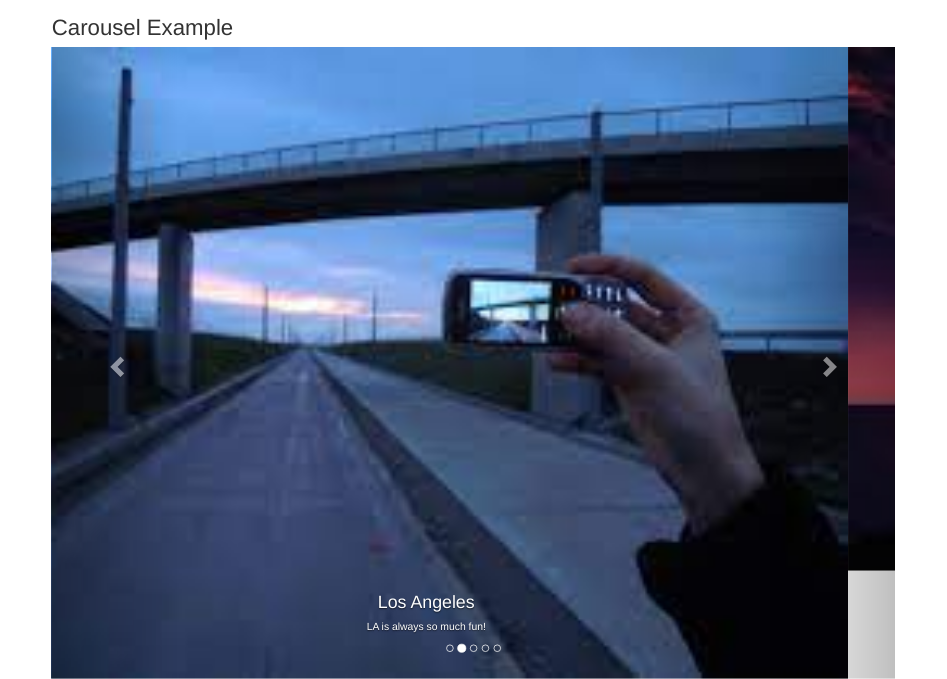
Repository: acciojob/bootstrap-carousel-vandanayadav15
Page: main.html
The author's editor kept a copy of each file at every save. The page is drawn from the files as they stood at one save, then again after a run of saves.
The browser window is 1280 px wide. The pictures show the whole page, at 74% of full size.

Above is the page before, as saved 2022-10-28 13:46:13.

### main.html
<!DOCTYPE html>
<html lang="en">

<head>
	<title>Bootstrap Example</title>
	<meta charset="utf-8">
	<meta name="viewport" content="width=device-width, initial-scale=1">
	<link rel="stylesheet" href="https://maxcdn.bootstrapcdn.com/bootstrap/3.4.1/css/bootstrap.min.css">
	<script src="https://ajax.googleapis.com/ajax/libs/jquery/3.6.0/jquery.min.js"></script>
	<script src="https://maxcdn.bootstrapcdn.com/bootstrap/3.4.1/js/bootstrap.min.js"></script>
</head>

<body>

	<div class="container">
		<h2>Carousel Example</h2>
		<div id="myCarousel" class="carousel slide" data-ride="carousel">
			<!-- Indicators -->
			<ol class="carousel-indicators">
				<li data-target="#myCarousel" data-slide-to="0" class="active"></li>
				<li data-target="#myCarousel" data-slide-to="1"></li>
				<li data-target="#myCarousel" data-slide-to="2"></li>
				<li data-target="#myCarousel" data-slide-to="3"></li>
				<li data-target="#myCarousel" data-slide-to="4"></li>

			</ol>

			<!-- Wrapper for slides -->
			<div class="carousel-inner">

				<div class="first-slide item active">
					<img src="data:[embedded picture, 7255 characters]"
						alt="Los Angeles" style="width:100%;">
					<div class="carousel-caption">
						<h3>Los Angeles</h3>
						<p>LA is always so much fun!</p>
					</div>
				</div>

				<div class="second-slide item">
					<img src="data:[embedded picture, 7351 characters]"
						alt="Chicago" style="width:100%;">
					<div class="carousel-caption">
						<h3>Chicago</h3>
						<p>Thank you, Chicago!</p>
					</div>
				</div>

				<div class="third-slide item">
					<img src="data:[embedded picture, 5963 characters]"
						alt="New York" style="width:100%;">
					<div class="carousel-caption">
						<h3>New York</h3>
						<p>We love the Big Apple!</p>
					</div>
				</div>

				<div class="fourth-slide item">
					<img src="data:[embedded picture, 9751 characters]"
						alt="New York" style="width:100%;">
					<div class="carousel-caption">
						<h3>New York</h3>
						<p>We love the Big Apple!</p>
					</div>
				</div>

				<div class="item">
					<img src="data:[embedded picture, 8011 characters]"
						alt="New York" style="width:100%;">
					<div class="carousel-caption">
						<h3>New York</h3>
						<p>We love the Big Apple!</p>
					</div>
				</div>
			</div>

			<!-- Left and right controls -->
			<a class="left carousel-control" href="#myCarousel" data-slide="prev">
				<span class="glyphicon glyphicon-chevron-left"></span>
				<span class="sr-only">Previous</span>
			</a>
			<a class="right carousel-control" href="#myCarousel" data-slide="next">
				<span class="glyphicon glyphicon-chevron-right"></span>
				<span class="sr-only">Next</span>
			</a>
		</div>
	</div>

</body>

</html>

After the next 2 saves:
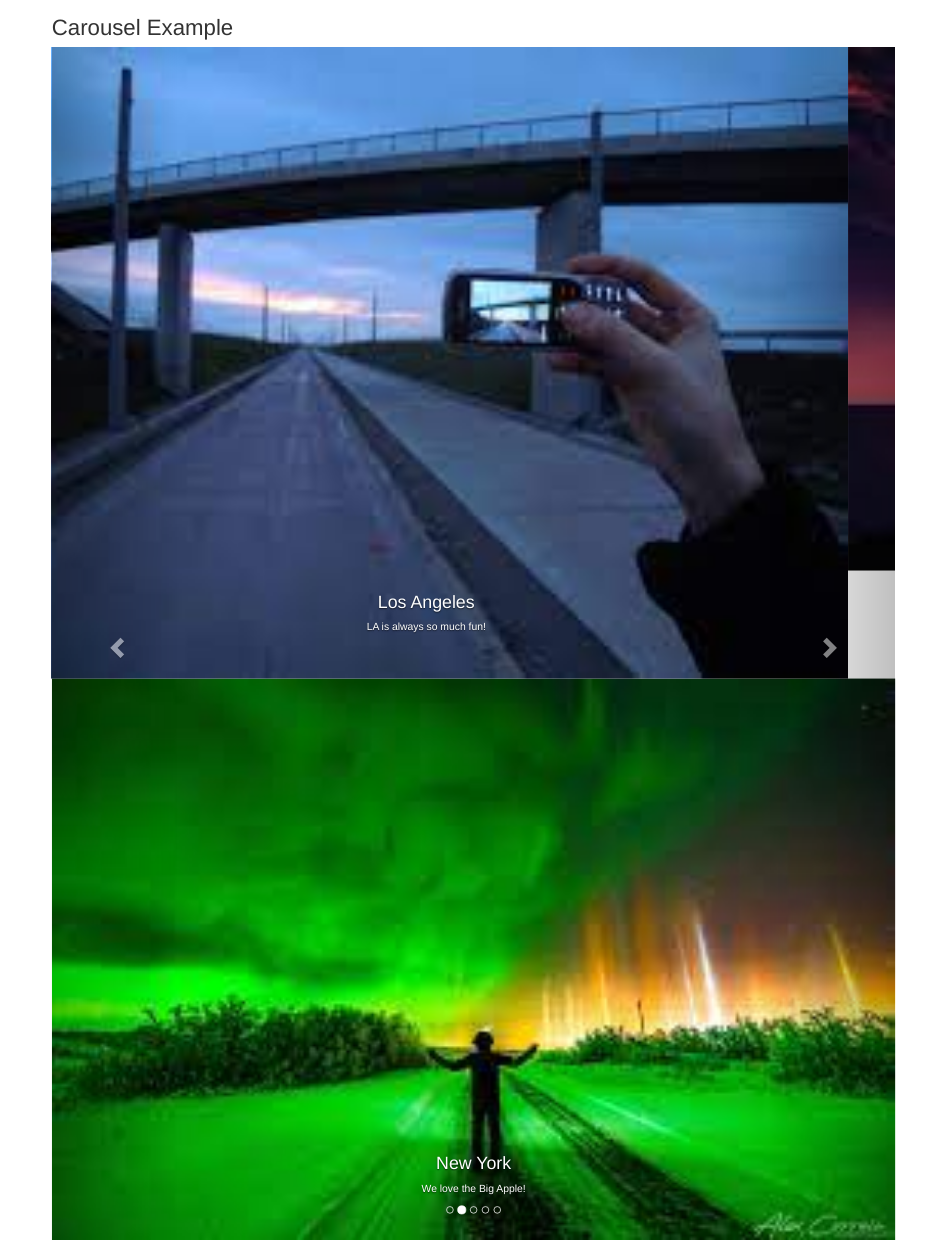
The 2 saves are shown as one change because they came seconds apart.
The last was saved 11 s later.
--- a/main.html
+++ b/main.html
@@ -64,7 +64,7 @@
 					</div>
 				</div>
 
-				<div class="item">
+				<div class="fifth-item">
 					<img src="data:[embedded picture, 8011 characters]"
 						alt="New York" style="width:100%;">
 					<div class="carousel-caption">

After the save that followed:
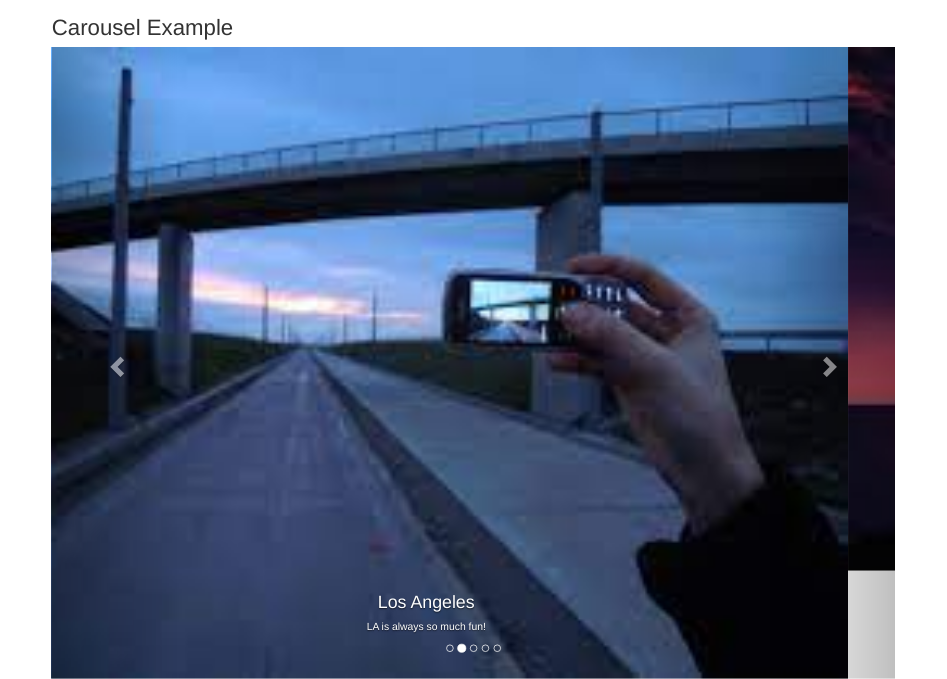
Saved 4 s later.
--- a/main.html
+++ b/main.html
@@ -64,7 +64,7 @@
 					</div>
 				</div>
 
-				<div class="fifth-item">
+				<div class="fifth-slide item">
 					<img src="data:[embedded picture, 8011 characters]"
 						alt="New York" style="width:100%;">
 					<div class="carousel-caption">
